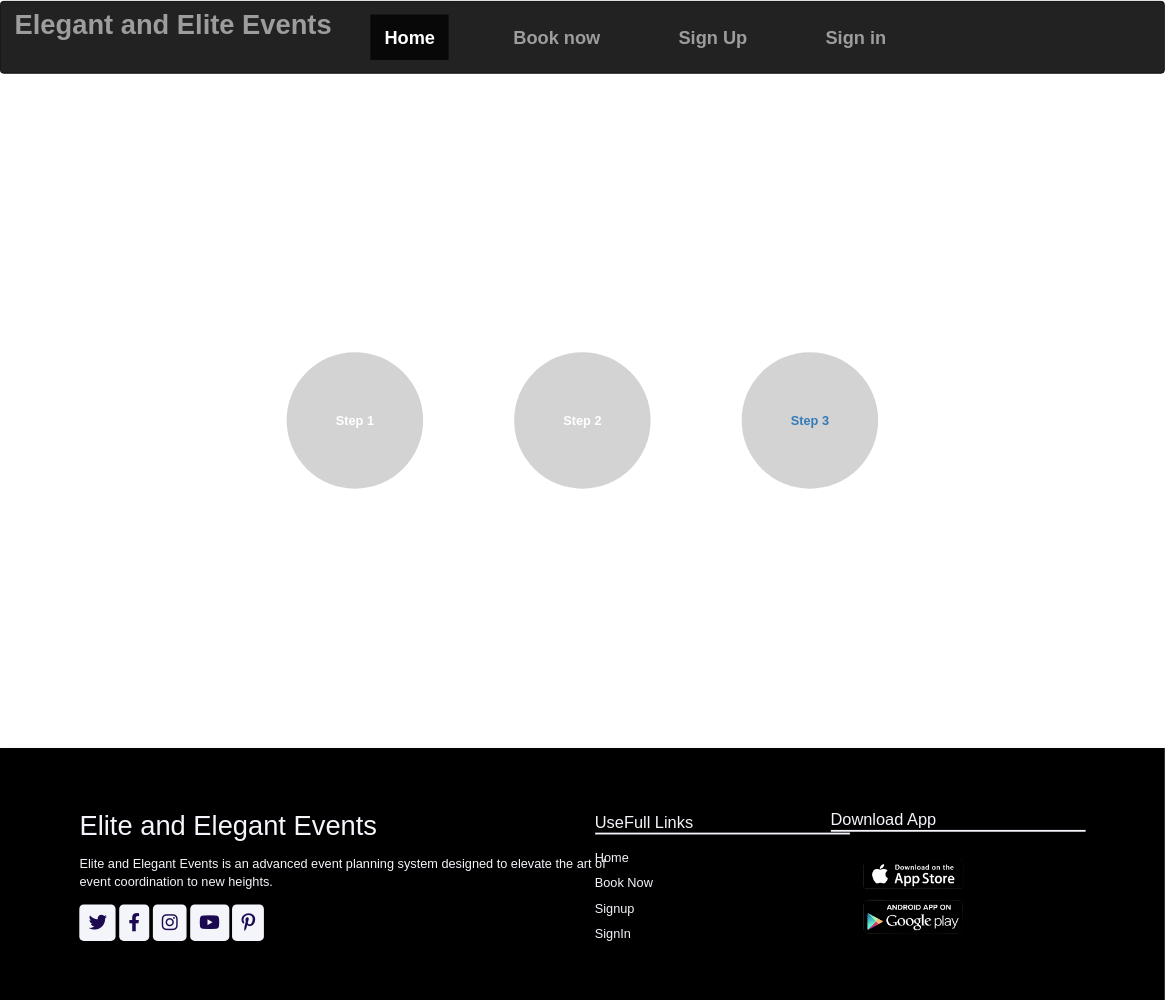
Repository: it22272690/Event-Planning-System
Page: http://localhost/PaymentDemo/Navigate.jsp
These files come from the project's save history. The page is drawn as it stood at one moment and after the next save; the edit follows.
The browser window is 1280 px wide. The pictures show the whole page, at 91% of full size.
Some web fonts or font styles are not loaded; a fallback is used. The page is served by Tomcat 10. Other server files are loaded and not shown.

Above is the page before, as saved 2023-10-24 06:30:33.

### PaymentDemo/src/main/webapp/Navigate.jsp
<%@ page language="java" contentType="text/html; charset=ISO-8859-1"
    pageEncoding="ISO-8859-1"%>
<!DOCTYPE html>

<html lang="en">
<head>
    <title>Event Planning System</title>
    <link rel="stylesheet" type="text/css" href="css\home.css">


    <%@include file="Header.jsp" %>
    <style>

        body {
            font-family: Arial, sans-serif;
            background-color: #f0f0f0;
            text-align: center;
            background-image: url("images/navigate.jpg");
            background-size: cover
        }

        .navigation {
            display: flex;
            justify-content: center;
            align-items: center;
            height: 100vh;
        }

        .step {
            width: 150px;
            height: 150px;
            background-color: rgba(200, 200, 200, 0.8);
            border-radius: 50%;
            margin: 0 50px;
            display: flex;
            justify-content: center;
            align-items: center;
            color: #fff;
            font-weight: bold;
            cursor: pointer;
            transition: background-color 0.3s;
        }

            .step:hover {
                background-color: #DEB887;
            }

        .form {
            display: none;
        }

            .form.active {
                display: block;
            }
    </style>
    </head>
    <body>

        <div class="navigation">
            <div class="step" id="step1">Step 1</div>
            <div class="step" id="step2">Step 2</div>
    		<div class="step" id="step3"><a href="paymentInsert.jsp">Step 3</a></div>
        </div>

        <div class="form" id="form1">
            <!-- Step 1 content goes here -->
            <h2></h2>
        </div>

        <div class="form" id="form2">
            <!-- Step 2 content goes here -->
            <h2>Step 2 Form</h2>
        </div>

        <div class="form" id="form3">
            <!-- Step 3 content goes here -->
            <h2>Step 3 Form</h2>
        </div>



        <script>
            const steps = document.querySelectorAll('.step');
            const forms = document.querySelectorAll('.form');

            steps.forEach((step, index) => {
                step.addEventListener('click', () => {
                    // Hide all forms
                    forms.forEach(form => form.classList.remove('active'));

                    // Show the selected form
                    forms[index].classList.add('active');
                });
            });
        </script>
       <%@include file="Footer.jsp" %>
    </body>
</html>

### PaymentDemo/src/main/webapp/Header.jsp
<%@ page language="java" contentType="text/html; charset=ISO-8859-1"
    pageEncoding="ISO-8859-1"%>
<!DOCTYPE html>
<html>
<head>
 <title>Bootstrap Example</title>
        <meta charset="utf-8">
        <meta name="viewport" content="width=device-width, initial-scale=1">
        <link rel="stylesheet" href="https://maxcdn.bootstrapcdn.com/bootstrap/3.4.1/css/bootstrap.min.css">
        <script src="https://ajax.googleapis.com/ajax/libs/jquery/3.6.4/jquery.min.js"></script>
        <script src="https://maxcdn.bootstrapcdn.com/bootstrap/3.4.1/js/bootstrap.min.js"></script>
    </head>
    <body>

        <header>

            <nav class="navbar navbar-inverse">

                <div class="container-fluid">
                    <div class="navbar-header">

                        <a class="navbar-brand" href="#"><b style="font-size:30px;">Elegant and Elite Events</b></a>

                    </div>
                    <ul class="nav navbar-nav">

                        <li class="active"><a href="#">Home</a></li>
                        <li><a href="Navigate.jsp">Book now</a></li>
                        <li><a href="Signup.jsp">Sign Up</a></li>
                        <li><a href="Signin.jsp">Sign in</a></li>


                    </ul>
                </div>
            </nav>

        </header>
        </body>
        </html>

### PaymentDemo/src/main/webapp/Footer.jsp
<%@ page language="java" contentType="text/html; charset=ISO-8859-1"
    pageEncoding="ISO-8859-1"%>
<!DOCTYPE html>
<html lang="en">
<head>
    <meta charset="UTF-8">
    <meta name="viewport" content="width=device-width, initial-scale=1.0">
    <title>Travel Website Design</title>

    <!-- Style Css Link -->
    <link rel="stylesheet" href="css/footer.css">
    <!-- Style Css Link -->

    <!-- Font Awesome Cdn -->
    <link rel="stylesheet" href="https://cdnjs.cloudflare.com/ajax/libs/font-awesome/6.4.0/css/all.min.css">
    <!-- Font Awesome Cdn -->

    <!-- Google Font links -->
    <link rel="preconnect" href="https://fonts.googleapis.com">
    <link rel="preconnect" href="https://fonts.gstatic.com" crossorigin>
    <link href="https://fonts.googleapis.com/css2?family=Josefin+Sans:wght@500&display=swap" rel="stylesheet">
    <!-- Google Font links -->

</head>
<body>
<footer id="footer">
    <div class="footer-content">
        <div class="row" id="row1">
            <a href="#" id="footer-logo">Elite and Elegant Events</a>
            <p>Elite and Elegant Events is an advanced event planning system designed to elevate the art of event coordination to new heights.</p>
            <div class="socail-links">
                <i class="fa-brands fa-twitter"></i>
                <i class="fa-brands fa-facebook-f"></i>
                <i class="fa-brands fa-instagram"></i>
                <i class="fa-brands fa-youtube"></i>
                <i class="fa-brands fa-pinterest-p"></i>
            </div>
        </div>
        <div class="row" id="row2">
            <h3>UseFull Links</h3>
            <ul>
                <li><a href="#">Home</a></li>
                <li><a href="#">Book Now</a></li>
                <li><a href="#">Signup</a></li>
                <li><a href="#">SignIn</a></li>

            </ul>
        </div>

        <div class="row" id="row4">
            <h3>Download App</h3>
            <img src="images/app.png" alt="foot">
        </div>
    </div>
</footer>
</body>
</html>

### PaymentDemo/src/main/webapp/css/home.css

.button {
    display: inline-block;
    padding: 10px 20px;
    background-color: #D2691E;
    color: #fff;
    text-decoration: none;
    border-radius: 10px;
    margin-right: 10px;
}

body {
    font-family: 'Courier New';
    margin: 0;
    padding: 0;
    background-color: #FFE4B5;
    color: #fff;
}

header {
    display: flex;
    font-family: Arial;
    font-size: 20px;
    align-items: center;

    padding: 1px 0;
    justify-content: space-between; /* Center buttons horizontally */
}

    header img {
        width: 100px; /* Adjust the width as needed */
        height: auto; /* Preserve the aspect ratio */
        margin-left: 20px; /* Add some left margin to the logo */
    }

nav ul {
    list-style-type: none;
    padding: 0;
    text-align: center; /* Center buttons vertically */
}

    nav ul li {
        display: inline;
        float: right;
        display: block;
        color: white;
        padding: 14px 18px;
        text-decoration: none;
    }

        nav ul li a {
            color: #fff;
            text-decoration: none;
            font-weight: bold;
            margin: 0 10px; /* Add some horizontal spacing between the buttons */
        }

.services {
    display: flex;
    flex-wrap: wrap;
    justify-content: center;
    margin: 20px auto;
    max-width: 1200px;
    color: #8B4513; /* Set the text color to white for visibility */
}

.service {
    background-color: #fff;
    border: 1px solid #FF4500; /* Slightly darker border */
    border-radius: 5px;
    padding: 20px;
    margin: 10px;
    text-align: center;
    width: calc(33.33% - 20px);
}

footer {
    background-color: #222; /* Dark background for footer */
    padding: 20px;
    text-align: left;
}

.contact, .social-media {
    display: inline-block;
    margin: 0 20px;
    text-align: left;
    color: #fff;
}

    .social-media a {
        color: #fff;
        text-decoration: none;
        margin: 5px;
        text-align: left;
    }

/* Add this CSS to style the search bar */
.search-section {
    display: flex;
    align-items: center;
}

.search-bar {
    padding: 10px;
    border: 1px solid #ccc;
    border-radius: 5px;
    margin-right: 10px;
    width: 200px; /* Adjust the width as needed */
    outline: none; /* Remove the outline on focus */
}

    .search-bar::placeholder {
        color: #999; /* Placeholder text color */
    }

.search-button {
    background-color: #D2691E;
    color: #fff;
    padding: 10px 20px;
    border: none;
    border-radius: 5px;
    cursor: pointer;
    font-weight: bold;
}

### PaymentDemo/src/main/webapp/css/footer.css
*{
    margin: 0;
    padding: 0;
    box-sizing: border-box;
    text-decoration: none;
    list-style: none;
    scroll-behavior: smooth;
    font-family: 'Josefin Sans', sans-serif;
}
html::-webkit-scrollbar-track{
    background: transparent;
}
html::-webkit-scrollbar-thumb{
    background: #f4f5fb;
    border-radius: 10px;
}
html::-webkit-scrollbar{
    width: 10px;
}
body{
    background: #fff;
}


/* Footer Start */
#footer{
    width: 100%;
    padding: 50px 8% 50px;
    background-color: black;
    box-shadow: 10px 10px 10px 10px #f4f5fb;
}
.footer-content{
    display: grid;
    grid-template-columns: repeat(auto-fit, minmax(250px, auto));
    align-items: center;
    gap: 0.90rem;
}
#footer #row1{
    position: relative;
    overflow: hidden;
}
#footer #row1 #footer-logo{
    font-size: 30px;
    color: #f4f5fb;
}
#footer #row1 p{
    color: #f4f5fb;
    margin-top: 10px;
}
.socail-links{
    margin-top: 15px;
}
.socail-links i{
    color: #1c0a51;
    background: #f4f5fb;
    font-size: 20px;
    padding: 10px;
    border-radius: 5px;
    cursor: pointer;
}
#row2 h3{
    font-size: 18px;
    color: #f4f5fb;
    border-bottom: 2px solid #f4f5fb;
}
#row2 ul{
    margin-top: 15px;
}
#row2 ul li{
    margin-top: 8px;
}
#row2 ul li a{
    color: #f4f5fb;
    transition: 0.5s ease;
}
#row2 li a:hover{
    border-bottom: 1px solid #f4f5fb;
}
#row3 h3{
    font-size: 18px;
    color: #f4f5fb;
    border-bottom: 2px solid #f4f5fb;
}
#row3 ul{
    margin-top: 15px;
}
#row3 ul li{
    margin-top: 8px;
}
#row3 ul li a{
    color: #f4f5fb;
    transition: 0.5s ease;
}
#row3 li a:hover{
    border-bottom: 1px solid #f4f5fb;
}
#row4 h3{
    font-size: 18px;
    color: #f4f5fb;
    border-bottom: 2px solid #f4f5fb;
}
#row4 img{
    width: 180px;
    cursor: pointer;
}
/* Footer End */

After the next save:
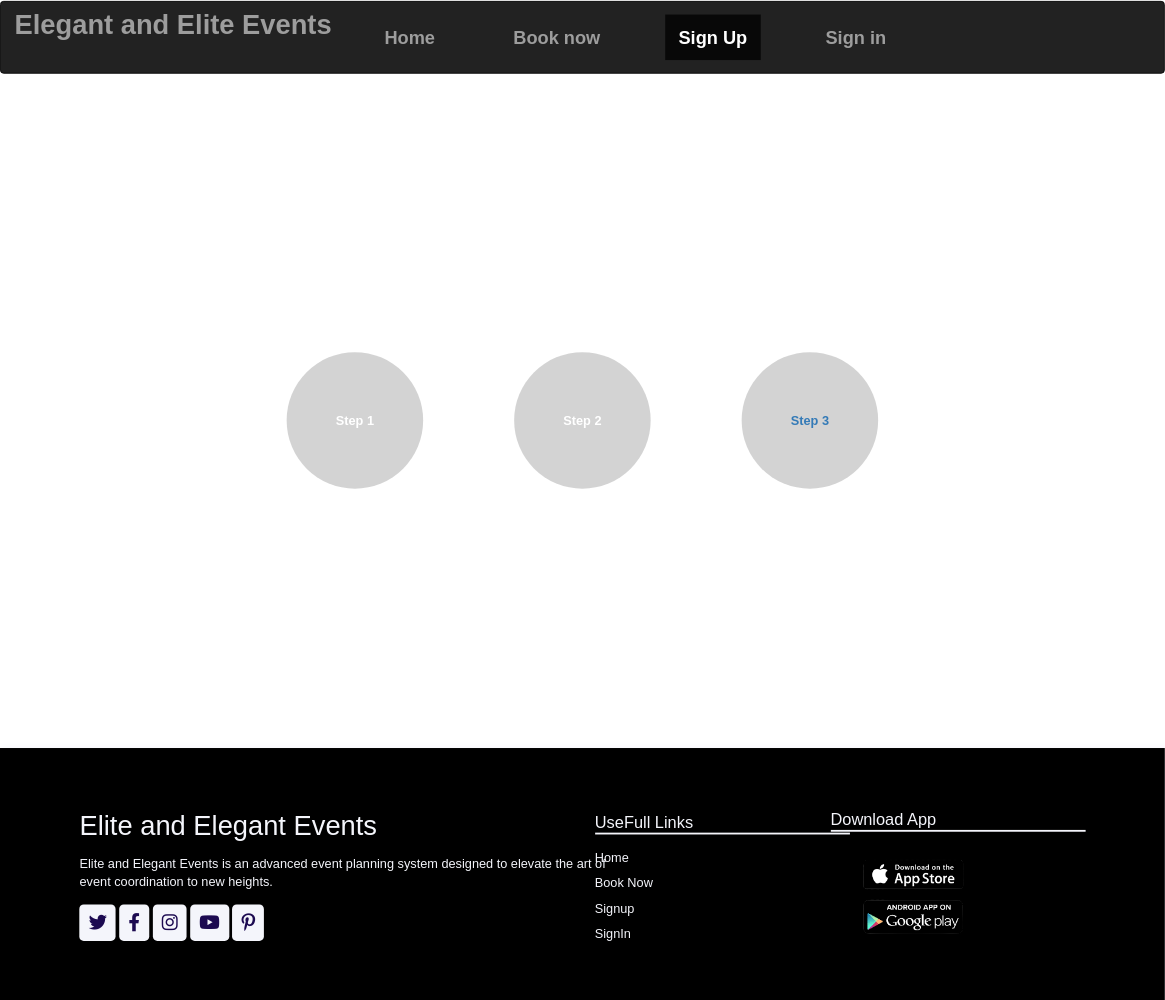
Saved 20 s later.
--- a/PaymentDemo/src/main/webapp/Navigate.jsp
+++ b/PaymentDemo/src/main/webapp/Navigate.jsp
@@ -8,7 +8,38 @@
     <link rel="stylesheet" type="text/css" href="css\home.css">
 
 
-    <%@include file="Header.jsp" %>
+     <title>Bootstrap Example</title>
+        <meta charset="utf-8">
+        <meta name="viewport" content="width=device-width, initial-scale=1">
+        <link rel="stylesheet" href="https://maxcdn.bootstrapcdn.com/bootstrap/3.4.1/css/bootstrap.min.css">
+        <script src="https://ajax.googleapis.com/ajax/libs/jquery/3.6.4/jquery.min.js"></script>
+        <script src="https://maxcdn.bootstrapcdn.com/bootstrap/3.4.1/js/bootstrap.min.js"></script>
+    </head>
+    <body>
+
+        <header>
+
+            <nav class="navbar navbar-inverse">
+
+                <div class="container-fluid">
+                    <div class="navbar-header">
+
+                        <a class="navbar-brand" href="#"><b style="font-size:30px;">Elegant and Elite Events</b></a>
+
+                    </div>
+                    <ul class="nav navbar-nav">
+
+                        <li><a href="#">Home</a></li>
+                        <li><a href="Navigate.jsp">Book now</a></li>
+                        <li class="active"><a href="Signup.jsp">Sign Up</a></li>
+                        <li><a href="Signin.jsp">Sign in</a></li>
+
+
+                    </ul>
+                </div>
+            </nav>
+
+        </header>
     <style>
 
         body {
